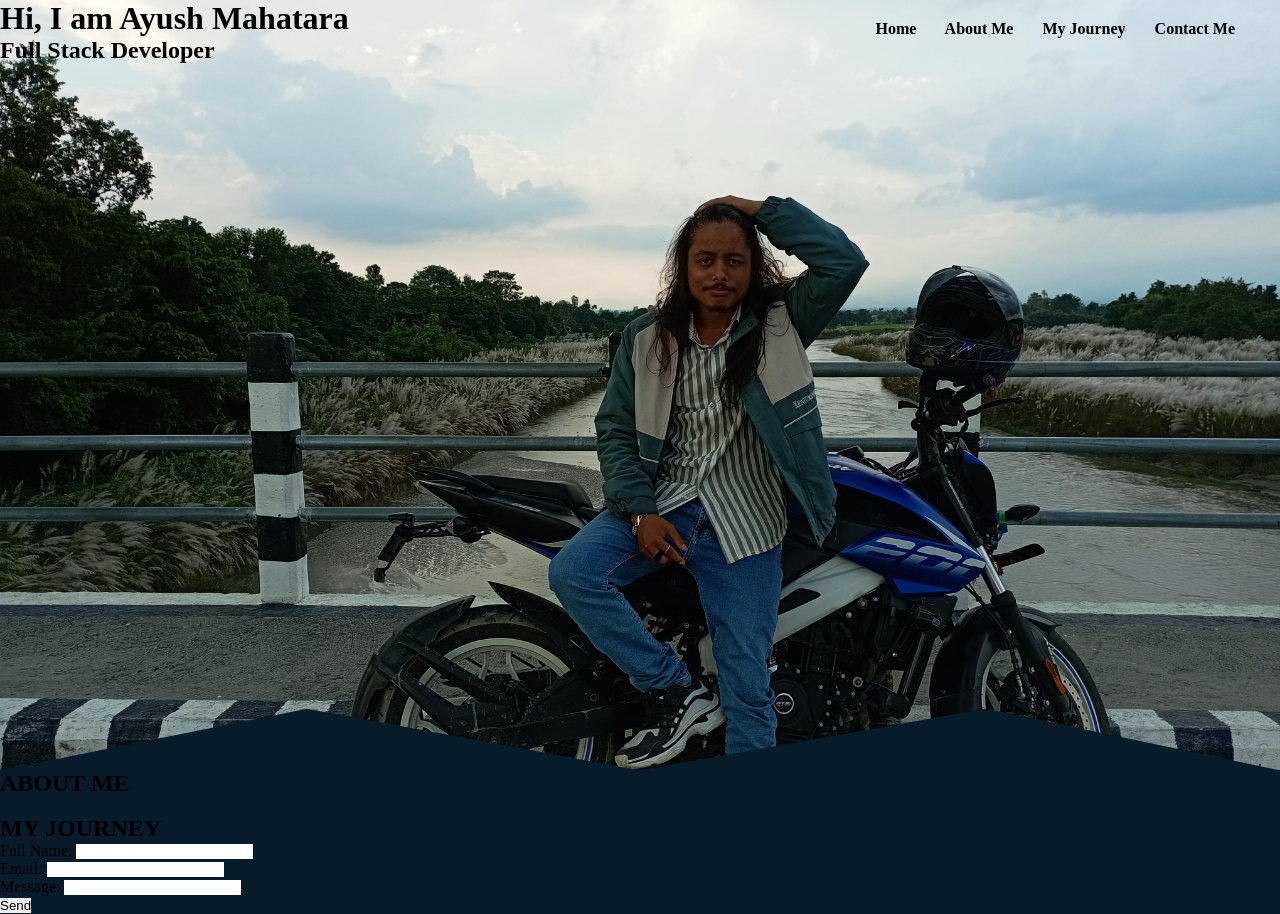
Repository: AyushMahatara/personal-website
Page: New folder/index.html
The author's editor kept a copy of each file at every save. The page is drawn from the files as they stood at one save, then again after the next save.
The browser window is 1280 px wide. The pictures show the whole page.
Backgrounds fixed to the window are drawn as part of the page.

Above is the page before, as saved 2023-07-20 16:59:34.

### New folder/index.html
<!DOCTYPE html>
<html lang="en">
  <head>
    <meta charset="UTF-8" />
    <meta name="viewport" content="width=device-width, initial-scale=1.0" />
    <link rel="stylesheet" href="/style.css" />
    <title>GA</title>
  </head>

  <style></style>
  <body>
    <header>
      <nav>
        <a href="#">Home</a>
        <a href="#">About Me</a>
        <a href="#">My Journey</a>
        <a href="#">Contact Me</a>
        <!-- <a href="#">Home</a> -->
      </nav>
      <div class="intro">
        <h1>Hi, I am Ayush Mahatara</h1>
        <h2>Full Stack Developer</h2>
      </div>
    </header>
    <div class="second">
      <h2>ABOUT ME</h2>
      <div class="profilePic">
        <img src="" alt="" />
      </div>
      <div class="aboutMe"></div>
    </div>

    <div class="third">
      <h2>MY JOURNEY</h2>
      <div class="experience"></div>
    </div>

    <div class="contactMe">
      <div>
        <form action="">
          <div>
            <label for="">Full Name:</label>
            <input type="text" />
          </div>
          <div>
            <label for="">Email:</label>
            <input type="email" required />
          </div>
          <div>
            <label for="">Message:</label>
            <input type="textarea" />
            <div>
              <button type="submit">Send</button>
            </div>
          </div>
        </form>
      </div>
    </div>

    <footer>
      <div>
        <div>
          <a href=""></a>
          <a href=""></a>
        </div>
      </div>
    </footer>
  </body>
</html>

### New folder/style.css
* {
  margin: 0;
  padding: 0;
  text-decoration: none;
  box-sizing: border-box;
  border: none;
  scroll-behavior: smooth;
}

:root {
  --bg-color: #081b29;
  --second-bg-color: #112e42;
  --text-color: #ededed;
  --main-color: #00abf0;
}

body {
  background: var(--bg-color);
}

header {
  background-image: url("/background.jpg");
  background-size: cover;
  background-position: top;
  background-repeat: no-repeat;
  background-attachment: fixed;
  width: 100%;
  height: 107vh;
  position: relative;
  clip-path: polygon(
    0 0,
    0 100%,
    24% 92%,
    50% 100%,
    77% 92%,
    100% 100%,
    100% 0
  );

  overflow: hidden;
}

nav {
  float: right;
  padding: 20px;
  font-weight: bold;
}

a {
  color: black;
}

nav a {
  padding-right: 25px;
}

.active {
  color: orange;
}

nav a:hover {
  color: orange;
}

.intro {
}

After the next save:
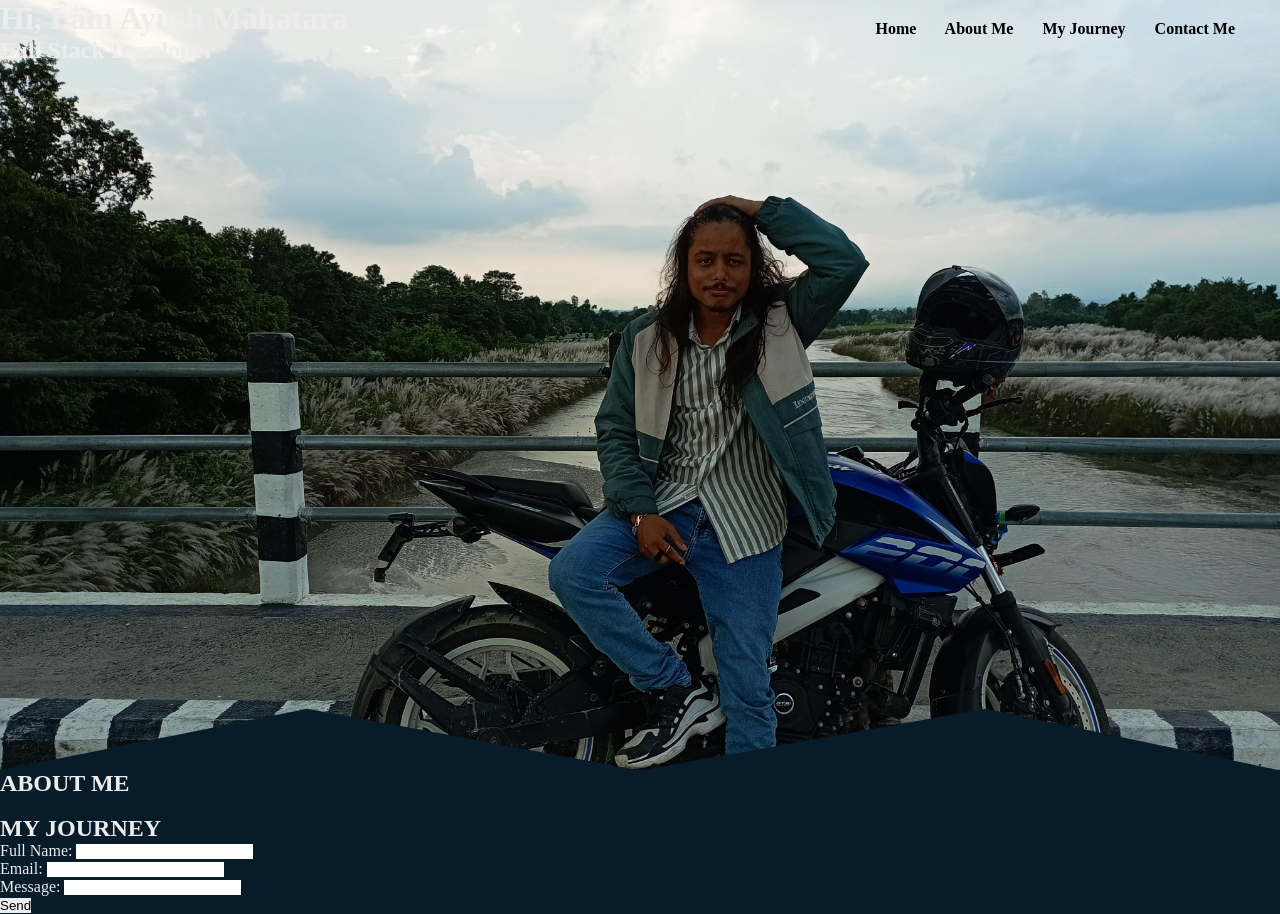
Saved 17 s later.
--- a/New folder/style.css
+++ b/New folder/style.css
@@ -16,6 +16,7 @@
 
 body {
   background: var(--bg-color);
+  color: var(--text-color);
 }
 
 header {
